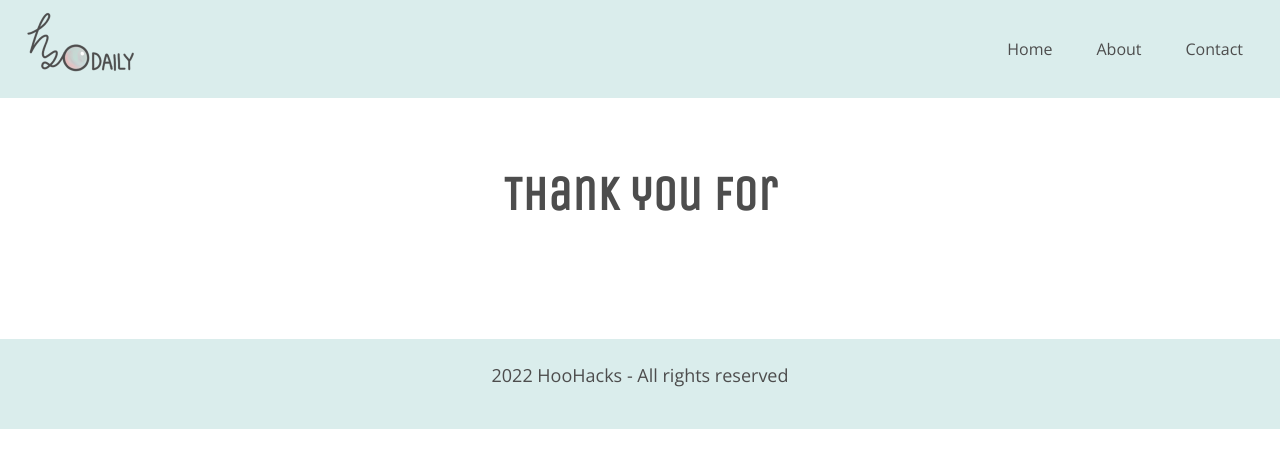
Repository: jennyjjung/H2ODaily
Page: thankyou.html
An editor plug-in stored every save of this project. The page is shown before and after the next save, followed by the edit.
The browser window is 1280 px wide. The pictures show the whole page.

Above is the page before, as saved 2022-03-26 22:23:39.

After the next save:
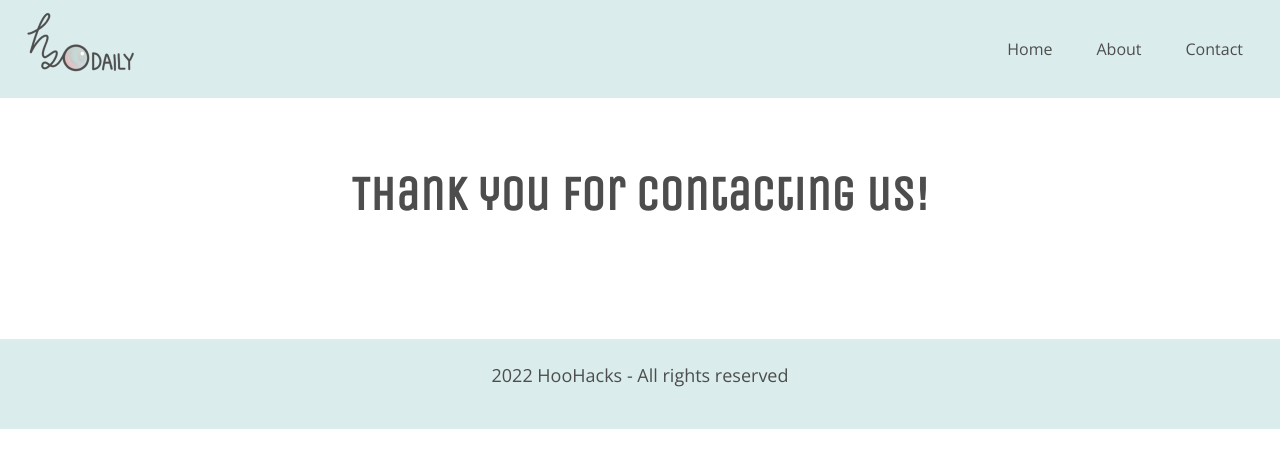
Saved 19 s later.
--- a/thankyou.html
+++ b/thankyou.html
@@ -25,7 +25,7 @@
 
   <section id="home">
     <div class= "home__container">
-      <h1 class="home__title">Thank you for  </h1>
+      <h1 class="home__title">Thank you for contacting us! </h1>
     </div>
   </section>
 
